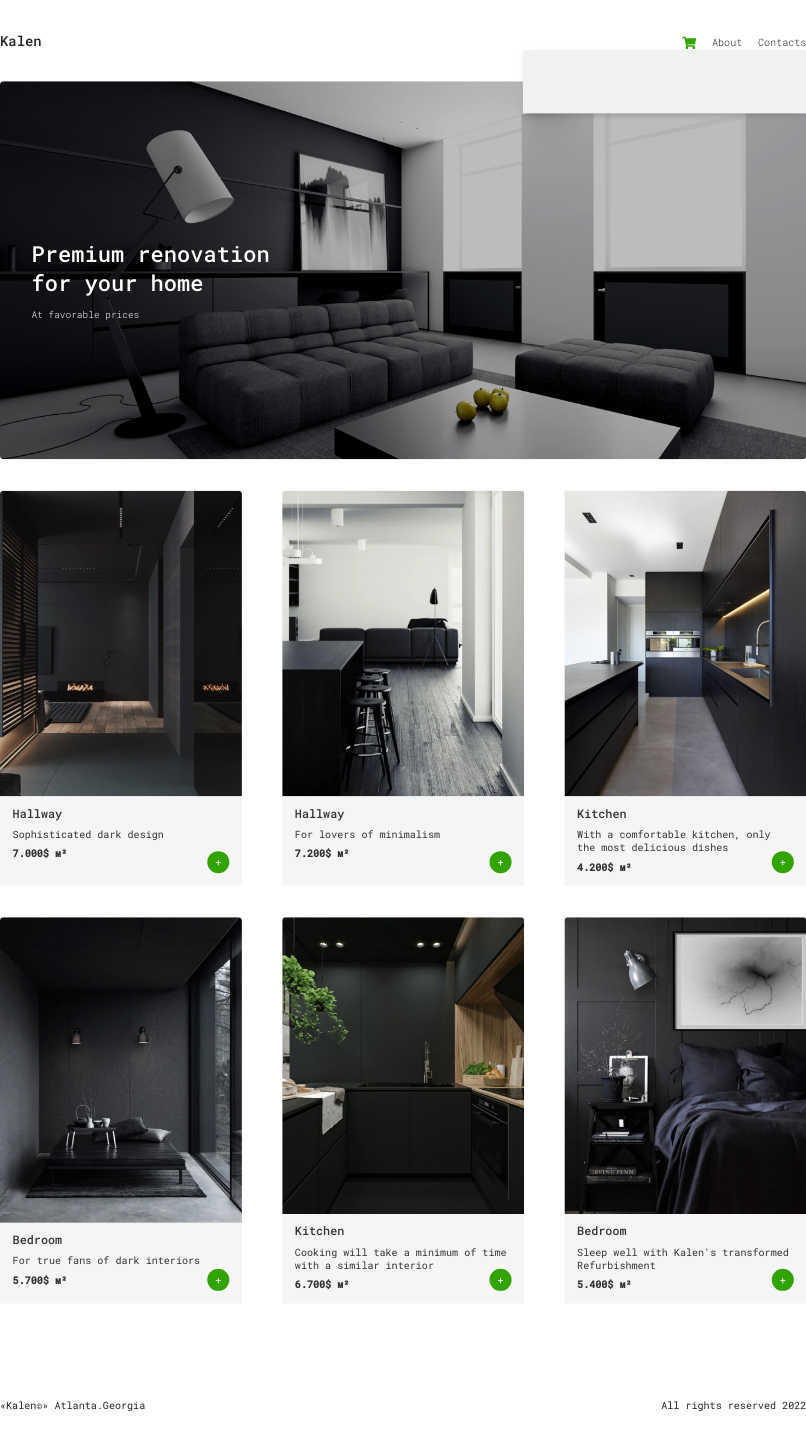
Repository: luckystar20206/e-commerce-react
Page: /, after clicking the first element matching `svg.header__shop`
An editor plug-in stored every save of this project. The page is shown before and after the next save, followed by the edit.
The browser window is 1280 px wide. The pictures show the whole page, at 63% of full size.
The project was rebuilt for these pictures with package versions that can differ from the ones it lists, and the page was loaded fresh each time. Also part of the build but not shown: src/components/Order/Order.css, src/components/Order/Order.jsx.

Above is the page before, as saved 2022-11-30 18:39:34.

### public/index.html
<!DOCTYPE html>
<html lang="ru">
	<head>
    	<meta charset="utf-8" />
    	<link rel="shortcut icon" href="img/logo.svg" type="image/png">
    	<meta name="viewport" content="width=device-width, initial-scale=1" />
    	<title>Kalen | apartments</title>
		<meta name="keywords" content="Premium renovation for your apartments">
    	<meta name="discription" content="Kalen professionally transform your apartments, taking into account all the details of the repair.">
		<link rel="preconnect" href="https://fonts.googleapis.com">
		<link rel="preconnect" href="https://fonts.gstatic.com" crossorigin>
		<link href="https://fonts.googleapis.com/css2?family=Roboto+Mono:wght@300;400;500&display=swap" rel="stylesheet">
	</head>
	<body>
    	<noscript>You need to enable JavaScript to run this app.</noscript>

    	<div id="root"></div>

  	</body>
</html>

### src/index.css
* {
	margin: 0;
	padding: 0;
}

body {
	background: #fff;
	color: #222;
	font-family: 'Roboto Mono', monospace;
}

h3 {
	font-weight: 500;
}


.app {
	width: 1280px;
	margin: 50px auto;
}

### src/App.jsx
import React, { Component } from 'react';
import Header from './components/Header/Header.jsx'
import Footer from './components/Footer/Footer.jsx'
import Items from './components/Items/Items'

export default class App extends Component {
	constructor(props) {
		super(props)
		this.state = {
			orders: [],
			items: [
				{
					id: 1,
					title: 'Hallway',
					img: '1_img.jpg',
					desc: 'Sophisticated dark design',
					category: 'Hallway',
					price: '7.000$ м²'
				},
				{
					id: 2,
					title: 'Hallway',
					img: '2_img.jpg',
					desc: 'For lovers of minimalism',
					category: 'Hallway',
					price: '7.200$ м²'
				},
				{
					id: 3,
					title: 'Kitchen',
					img: '3_img.jpg',
					desc: 'With a comfortable kitchen, only the most delicious dishes',
					category: 'Kitchen',
					price: '4.200$ м²'
				},
				{
					id: 4,
					title: 'Bedroom',
					img: '4_img.jpg',
					desc: 'For true fans of dark interiors',
					category: 'Bedroom',
					price: '5.700$ м²'
				},
				{
					id: 5,
					title: 'Kitchen',
					img: '5_img.jpg',
					desc: 'Cooking will take a minimum of time with a similar interior',
					category: 'Kitchen',
					price: '6.700$ м²'
				},
				{
					id: 6,
					title: 'Bedroom',
					img: '6_img.jpg',
					desc: 'Sleep well with Kalen\'s transformed Refurbishment',
					category: 'Bedroom',
					price: '5.400$ м²'
				}
			]
		}
		this.addToOrder = this.addToOrder.bind(this)
	}

	addToOrder(item) {
		this.setState({ orders: [...this.state.orders, item] }, () => {

		})
	}

	render() {
		return (
			<div className='app'>
				<Header orders={this.state.orders}/>
				<Items items={this.state.items} onAdd={this.addToOrder}/>
				<Footer />
			</div>
		);
	}
}

### src/components/Header/Header.jsx
import React, { useState } from 'react'
import './Header.css'
import { FaShoppingCart } from "react-icons/fa";
import Order from '../Order/Order'

export default function Header(props) {
    let [cartOpen, setCartOpen] = useState(false)

    return (
        <header>
            <div className='header'>
                <span className="header__logo">Kalen</span>
                <ul className="header__nav">
                    <li>About</li>
                    <li>Contacts</li>
                </ul>
                <FaShoppingCart
                    onClick={() => setCartOpen(cartOpen = !cartOpen)}
                    className={`header__shop ${cartOpen && 'active'}`}
                />
                {cartOpen && (
                    <div className='header__shop-open'>
                        {props.orders.map(el => (
                            <Order key={el.id} item={el}/>
                        ))}
                    </div>
                )}
            </div>
            <div className='header__images'></div>
        </header>
    )
}

### src/components/Footer/Footer.jsx
import React from 'react'
import './footer.css'

export default function Footer() {
    return (
        <footer>
            <p>«Kalen&copy;» Atlanta.Georgia</p>
            <p>All rights reserved 2022</p>
        </footer>
    )
}

### src/components/Items/Items.jsx
import React, { Component } from 'react'
import './Items.css'
import Item from '../Item/Item'

export class Items extends Component {
	render() {
		return (
      		<main>
				{this.props.items.map(el => (
					<Item
						key={el.id}
						item={el}
						onAdd={this.props.onAdd}
					/>
				))}
			</main>
    	)
  	}
}

export default Items

### src/components/Header/Header.css
.header {
	position: relative;
	font-weight: 500;
	font-size: 22px;
}

.header__shop {
	margin-top: 7px;
	float: right;
	align-items: center;
	cursor: pointer;
	transition: 0.3s;
}

.header__shop:hover,
.header__shop.active {
	color: rgb(49, 164, 3)
}

.header__shop-open {
	position: absolute;
	top: 30px;
	right: 0;
	width: 450px;
	min-height: 100px;
	background: #f1f1f1;
	box-shadow: 4px 5px 15px -7px #606060;
	z-index: 1000;
}

.header__nav {
	float: right;
	list-style: none;
}

.header__nav li {
	display: inline;
	margin-left: 25px;
	cursor: pointer;
	font-size: 16px;
	font-weight: 300;
	transition: 0.3s;
}

.header__nav li:hover {
	opacity: 0.7;
}

.header__images {
	margin: 50px auto;
	background: url('/src/img/main_img.jpg') no-repeat;
	background-size: cover;
	background-position: center center;
	background-blend-mode: multiply;
	background-color: #bcbcbc;
	border-radius: 6px;
	width: 100%;
	height: 600px;
	position: relative;
}

.header__images::after {
	content: 'Premium renovation for your home';
	max-width: 400px;
	position: absolute;
	top: 250px;
	left: 50px;
	font-size: 35px;
	font-weight: 500;
	color: #fff
}

.header__images::before {
	content: 'At favorable prices';
	position: absolute;
	top: 360px;
	left: 50px;
	font-size: 15px;
	font-weight: 300;
	color: #fff
}

### src/components/Footer/footer.css
footer {
	display: flex;
	justify-content: space-between;
	align-items: center;
	margin-top: 100px;
}

### src/components/Items/Items.css
main {
    display: flex;
    width: 100%;
    flex-wrap: wrap;
    justify-content: space-between;
}

### src/components/Item/Item.jsx
import React, { Component } from 'react'
import './Item.css'

export class Item extends Component {
    render() {
        return (
            <div className='card'>
                <img src={'./img/' + this.props.item.img} alt="img" />
                <h3 className='card__title'>{this.props.item.title}</h3>
                <p className='card__desc'>{this.props.item.desc}</p>
                <b className='card__price'>{this.props.item.price}</b>
                <div
                    className='card__add'
                    onClick={() =>
                        this.props.onAdd(this.props.item)
                    }>
                        +
                </div>
            </div>
        )
    }
}

export default Item

### src/components/Item/Item.css
.card {
    width: 30%;
    margin-bottom: 50px;
    background: #f5f5f5;
    overflow: hidden;
    position: relative;
    padding-bottom: 20px;
}

.card img {
    width: 100%;
    border-radius: 6px 6px 0 0;
    transition: 0.6s;
    cursor: pointer;
}

.card img:hover {
    transform: scale(1.05);
}

.card__title ,
.card__desc,
.card__price {
    margin: 10px 20px;
    color: #333;
}

.card__add {
    position: absolute;
    right: 20px;
    bottom: 20px;
    background: rgb(49, 164, 3);
    width: 35px;
    height: 35px;
    text-align: center;
    line-height: 35px;
    color: #fff;
    border-radius: 50%;
    cursor: pointer;
    transition: 0.6s;
}

.card__add:hover {
    transform: scale(1.05) translateY(-5px);
}

Loaded but not shown: src/index.js (common file)

After the next save:
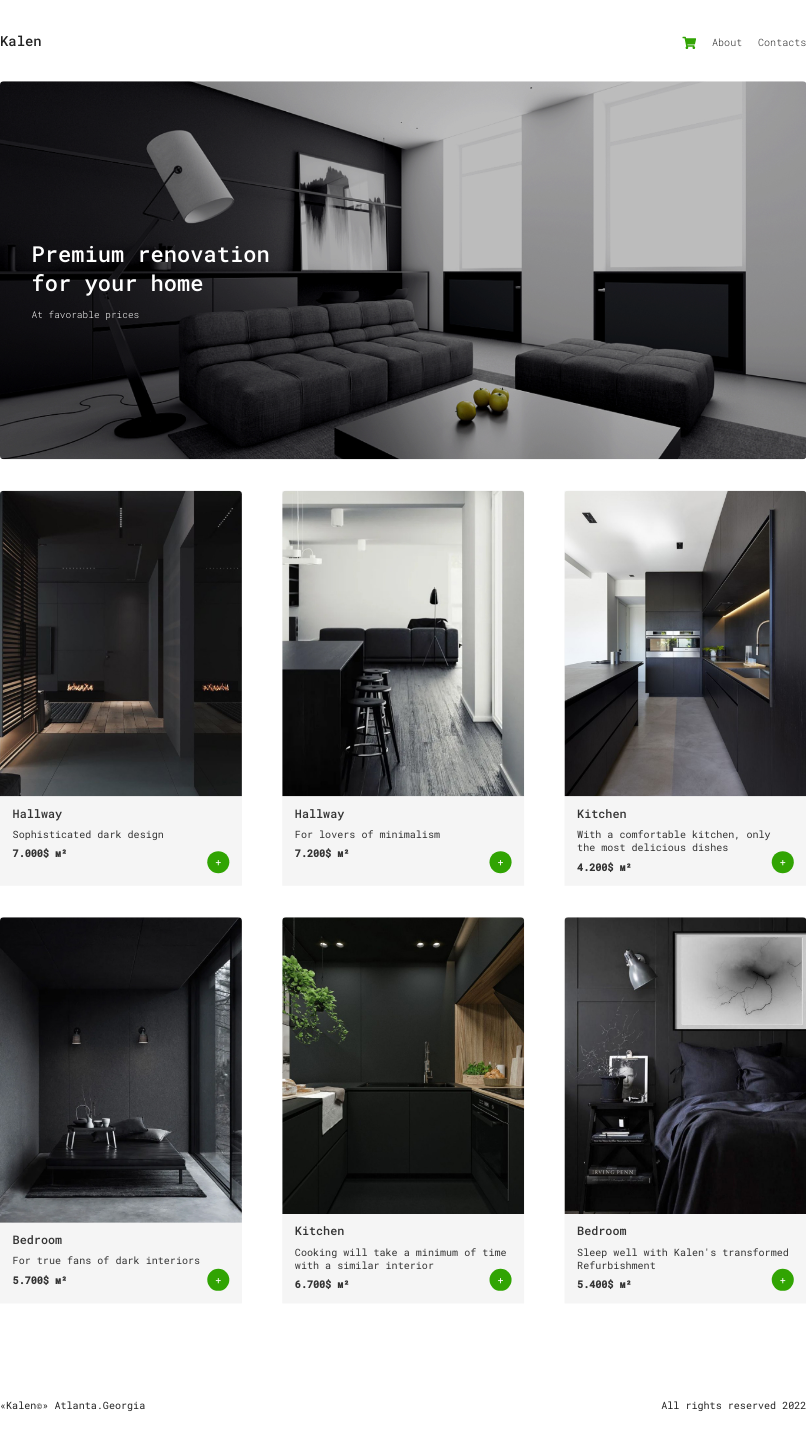
Saved 48 s later.
--- a/src/components/Header/Header.css
+++ b/src/components/Header/Header.css
@@ -22,7 +22,6 @@
 	top: 30px;
 	right: 0;
 	width: 450px;
-	min-height: 100px;
 	background: #f1f1f1;
 	box-shadow: 4px 5px 15px -7px #606060;
 	z-index: 1000;
